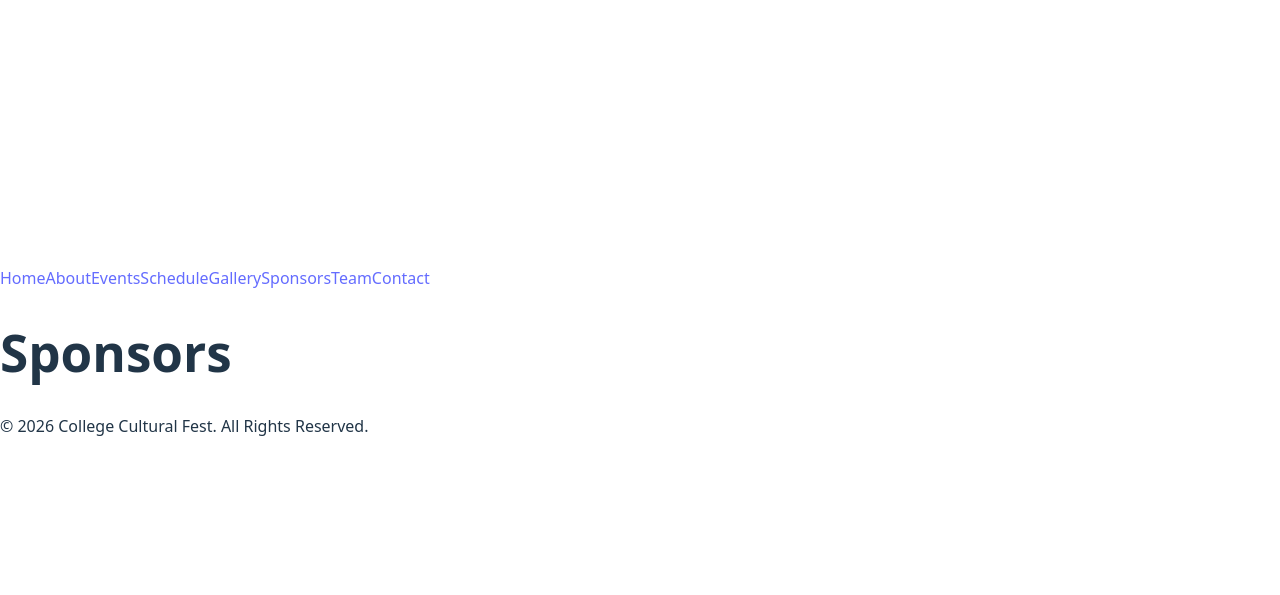
Repository: mridang-iiitu/Mridang-2k26
Page: /sponsors
These files come from the project's save history. The page is drawn as it stood at one moment and after the next save; the edit follows.
The browser window is 1280 px wide. The pictures show the whole page.
The project was rebuilt for these pictures with package versions that can differ from the ones it lists, and the page was loaded fresh each time. Also part of the build but not shown: vite.config.js, src/pages/Home.jsx, src/pages/About.jsx, src/pages/Events.jsx, src/pages/Schedule.jsx, src/pages/Gallery.jsx, src/pages/Team.jsx, src/pages/Contact.jsx.

Above is the page before, as saved 2026-08-03 13:34:34.

### src/App.jsx
import { BrowserRouter, Routes, Route } from "react-router-dom";

import Navbar from "./components/Navbar";
import Footer from "./components/Footer";

import Home from "./pages/Home";
import About from "./pages/About";
import Events from "./pages/Events";
import Schedule from "./pages/Schedule";
import Gallery from "./pages/Gallery";
import Sponsors from "./pages/Sponsors";
import Team from "./pages/Team";
import Contact from "./pages/Contact";

export default function App() {
  return (
    <BrowserRouter>
      <Navbar />

      <Routes>
        <Route path="/" element={<Home />} />
        <Route path="/about" element={<About />} />
        <Route path="/events" element={<Events />} />
        <Route path="/schedule" element={<Schedule />} />
        <Route path="/gallery" element={<Gallery />} />
        <Route path="/sponsors" element={<Sponsors />} />
        <Route path="/team" element={<Team />} />
        <Route path="/contact" element={<Contact />} />
      </Routes>

      <Footer />
    </BrowserRouter>
  );
}

### src/components/Navbar.jsx
import { Link } from "react-router-dom";

export default function Navbar() {
  return (
    <nav className="bg-gray-900 text-white px-8 py-4 flex gap-6">
      <Link to="/">Home</Link>
      <Link to="/about">About</Link>
      <Link to="/events">Events</Link>
      <Link to="/schedule">Schedule</Link>
      <Link to="/gallery">Gallery</Link>
      <Link to="/sponsors">Sponsors</Link>
      <Link to="/team">Team</Link>
      <Link to="/contact">Contact</Link>
    </nav>
  );
}

### src/components/Footer.jsx
export default function Footer() {
  return (
    <footer className="bg-gray-900 text-white text-center py-6">
      <p>© 2026 College Cultural Fest. All Rights Reserved.</p>
    </footer>
  );
}

### src/pages/Sponsors.jsx
export default function Sponsors() {
  return (
    <div className="min-h-screen p-10">
      <h1 className="text-4xl font-bold">Sponsors</h1>
    </div>
  );
}

Loaded but not shown: index.html (common file); src/main.jsx (common file); src/index.css (common file)

After the next save:
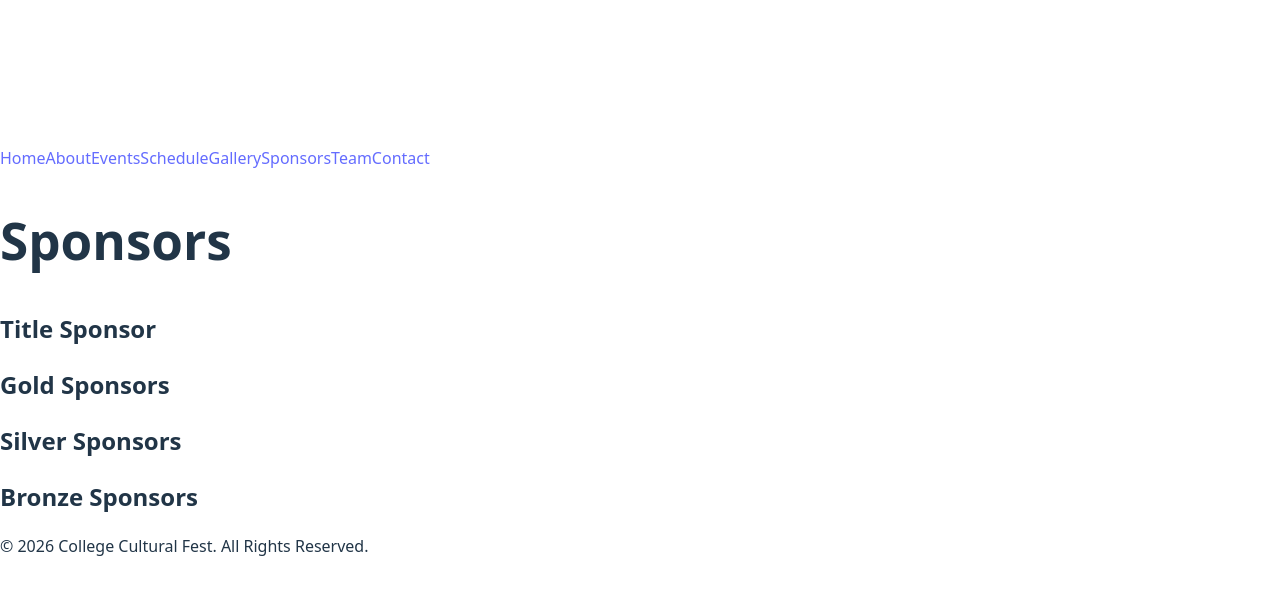
Saved 9 s later.
--- a/src/pages/Sponsors.jsx
+++ b/src/pages/Sponsors.jsx
@@ -1,7 +1,27 @@
 export default function Sponsors() {
   return (
-    <div className="min-h-screen p-10">
-      <h1 className="text-4xl font-bold">Sponsors</h1>
-    </div>
+    <main>
+
+      <section>
+        <h1>Sponsors</h1>
+      </section>
+
+      <section>
+        <h2>Title Sponsor</h2>
+      </section>
+
+      <section>
+        <h2>Gold Sponsors</h2>
+      </section>
+
+      <section>
+        <h2>Silver Sponsors</h2>
+      </section>
+
+      <section>
+        <h2>Bronze Sponsors</h2>
+      </section>
+
+    </main>
   );
 }
